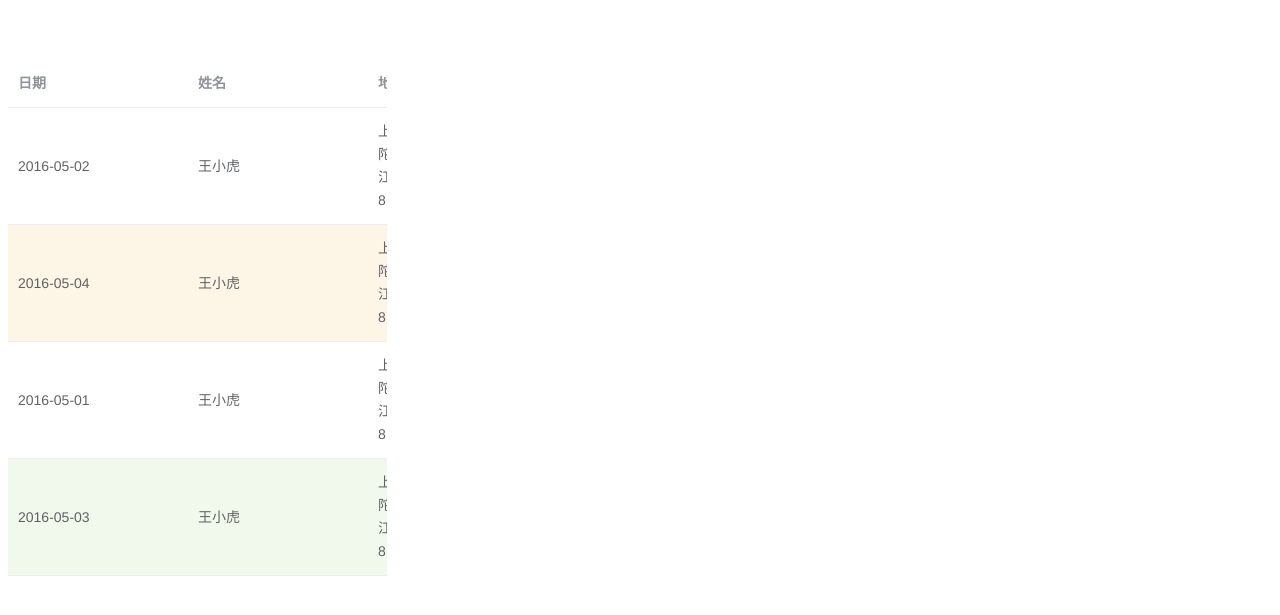
Repository: NicoleGX/TI
Page: /
These files come from the project's save history. The page is drawn as it stood at one moment and after the next save; the edit follows.
The browser window is 1280 px wide. The pictures show the whole page.
The project was rebuilt for these pictures with package versions that can differ from the ones it lists, and the page was loaded fresh each time.

Above is the page before, as saved 2019-05-28 17:36:32.

### index.html
<!DOCTYPE html>
<html>
  <head>
    <meta charset="utf-8">
    <meta name="viewport" content="width=device-width,initial-scale=1.0">
    <title>cyberti</title>
  </head>
  <body>
    <div id="app"></div>
    <!-- built files will be auto injected -->
  </body>
</html>

### src/main.js
// The Vue build version to load with the `import` command
// (runtime-only or standalone) has been set in webpack.base.conf with an alias.
import Vue from 'vue'
import App from './App'
import router from './router'

import ElementUI from 'element-ui'
import 'element-ui/lib/theme-chalk/index.css';

Vue.use(ElementUI)

Vue.config.productionTip = false

/* eslint-disable no-new */
new Vue({
  el: '#app',
  router,
  components: { App },
  template: '<App/>'
})

### src/router/index.js
import Vue from 'vue'
import Router from 'vue-router'
import TextClassification from '@/views/TextClassification'

Vue.use(Router)

export default new Router({
  routes: [
    {
      path: '/',
      name: 'TextClassification',
      component: TextClassification
    }
  ]
})

### src/views/TextClassification.vue
<template>
  <el-container>
    <el-aside width="30%">
      <el-table
        :data="tableData"
        style="width: 100%"
        :row-class-name="tableRowClassName">
        <el-table-column
          prop="date"
          label="日期"
          width="180">
        </el-table-column>
        <el-table-column
          prop="name"
          label="姓名"
          width="180">
        </el-table-column>
        <el-table-column
          prop="address"
          label="地址">
        </el-table-column>
      </el-table>
    </el-aside>
    <el-main width="50"></el-main>
  </el-container>
</template>

<script>
export default {
  name: 'textclassfication',
  methods: {
    tableRowClassName({row, rowIndex}) {
      if (rowIndex === 1) {
        return 'warning-row';
      } else if (rowIndex === 3) {
        return 'success-row';
      }
      return '';
    }
  },
  data() {
    return {
      tableData: [{
        date: '2016-05-02',
        name: '王小虎',
        address: '上海市普陀区金沙江路 1518 弄',
      }, {
        date: '2016-05-04',
        name: '王小虎',
        address: '上海市普陀区金沙江路 1518 弄'
      }, {
        date: '2016-05-01',
        name: '王小虎',
        address: '上海市普陀区金沙江路 1518 弄',
      }, {
        date: '2016-05-03',
        name: '王小虎',
        address: '上海市普陀区金沙江路 1518 弄'
      }]
    }
  }
}
</script>

<style>
.el-table .warning-row {
  background: oldlace;
}

.el-table .success-row {
  background: #f0f9eb;
}
</style>

Loaded but not shown: src/App.vue (common file)

After the next save:
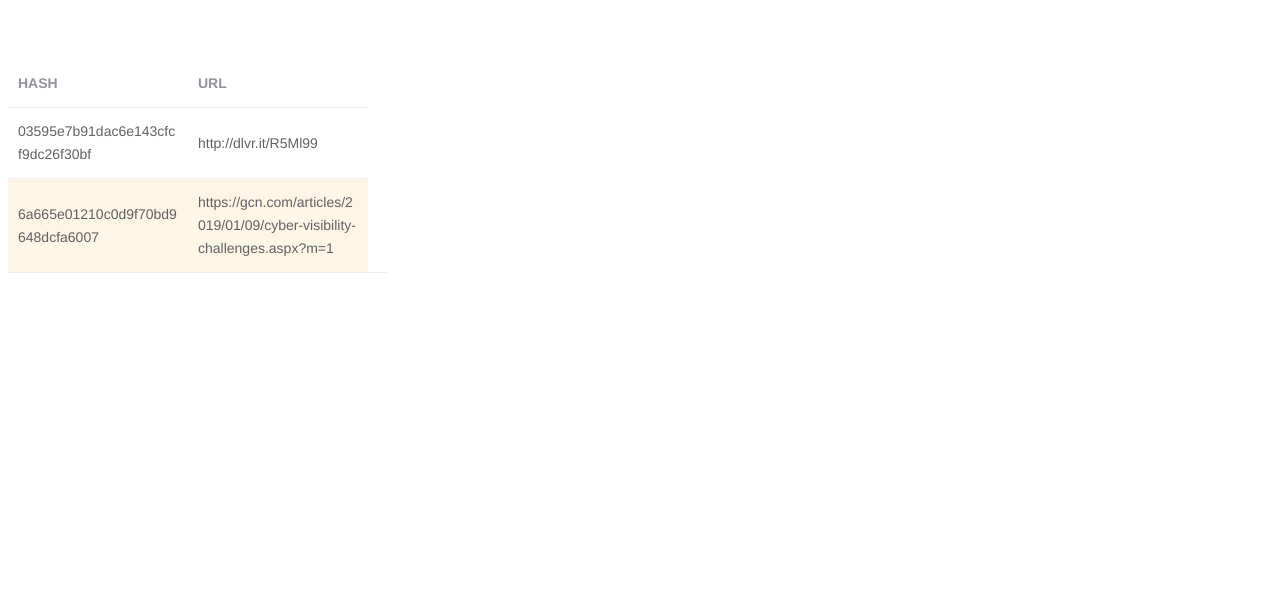
Saved 2 min 38 s later.
--- a/src/views/TextClassification.vue
+++ b/src/views/TextClassification.vue
@@ -6,18 +6,14 @@
         style="width: 100%"
         :row-class-name="tableRowClassName">
         <el-table-column
-          prop="date"
-          label="日期"
+          prop="hash"
+          label="HASH"
           width="180">
         </el-table-column>
         <el-table-column
-          prop="name"
-          label="姓名"
+          prop="url"
+          label="URL"
           width="180">
-        </el-table-column>
-        <el-table-column
-          prop="address"
-          label="地址">
         </el-table-column>
       </el-table>
     </el-aside>
@@ -41,21 +37,11 @@ export default {
   data() {
     return {
       tableData: [{
-        date: '2016-05-02',
-        name: '王小虎',
-        address: '上海市普陀区金沙江路 1518 弄',
+        hash: '03595e7b91dac6e143cfcf9dc26f30bf',
+        url: 'http://dlvr.it/R5Ml99'
       }, {
-        date: '2016-05-04',
-        name: '王小虎',
-        address: '上海市普陀区金沙江路 1518 弄'
-      }, {
-        date: '2016-05-01',
-        name: '王小虎',
-        address: '上海市普陀区金沙江路 1518 弄',
-      }, {
-        date: '2016-05-03',
-        name: '王小虎',
-        address: '上海市普陀区金沙江路 1518 弄'
+        hash: '6a665e01210c0d9f70bd9648dcfa6007',
+        url: 'https://gcn.com/articles/2019/01/09/cyber-visibility-challenges.aspx?m=1'
       }]
     }
   }
